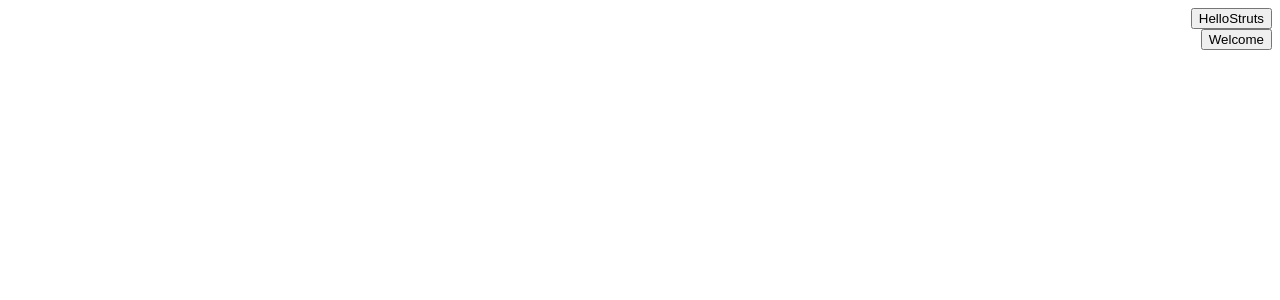
Repository: yuru1234/test
Page: http://localhost/WebProj/
An editor plug-in stored every save of this project. The page is shown before and after the next save, followed by the edit.
The browser window is 1280 px wide. The pictures show the whole page.
The page is served by Tomcat 9. Other server files are loaded and not shown.

Above is the page before, as saved 2018-12-16 14:49:35.

### WebProj/WebContent/index.jsp
<%@ page language="java" contentType="text/html; charset=UTF-8"
    pageEncoding="UTF-8"%>
<%@ taglib prefix="s" uri="/struts-tags" %>
<!DOCTYPE html>
<html>
<head>
<meta http-equiv="Content-Type" content="text/html; charset=UTF-8">
<title>INDEX</title>
</head>
<body>
	<form action="HelloStrutsAction">
		<s:submit value="HelloStruts"/>
	</form>

	<form action="WelcomeAction">
		<s:submit value="Welcome"/>
	</form>

</body>
</html>

After the next save:
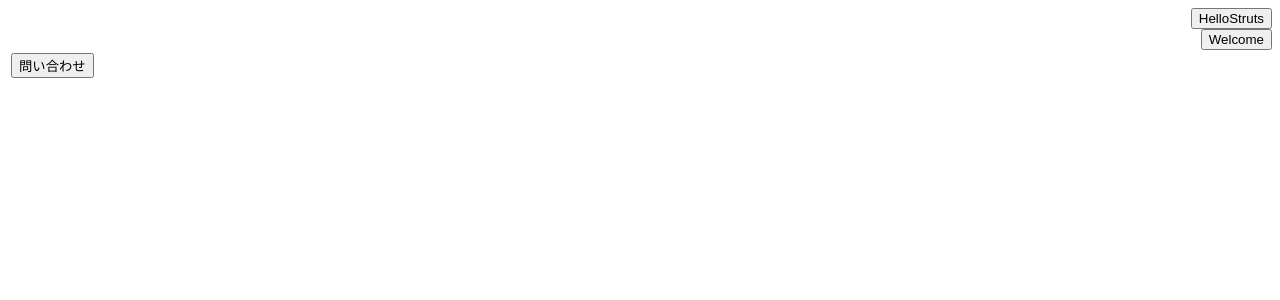
Saved 2 min 15 s later.
--- a/WebProj/WebContent/index.jsp
+++ b/WebProj/WebContent/index.jsp
@@ -16,5 +16,9 @@
 		<s:submit value="Welcome"/>
 	</form>
 
+	<s:form action="InquiryAction">
+		<s:submit value="問い合わせ"/>
+	</s:form>
+
 </body>
 </html>
